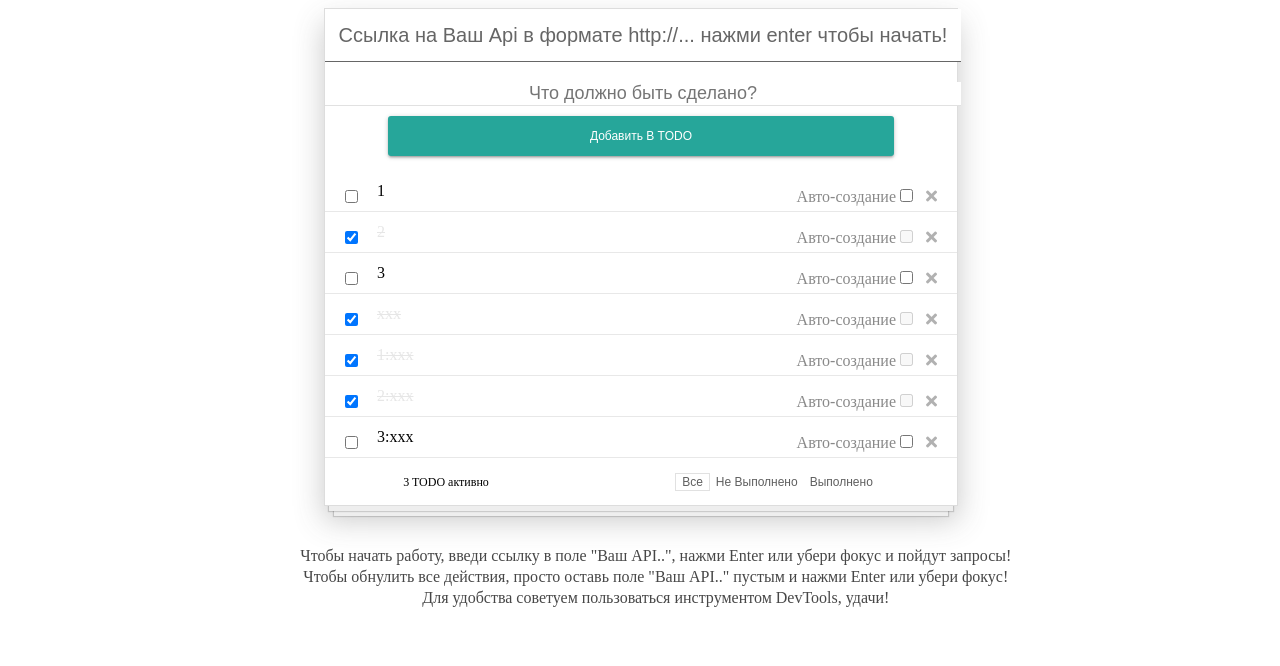
Repository: AntonBrock/taskTodo_for-backend
Page: /
An editor plug-in stored every save of this project. The page is shown before and after the next save, followed by the edit.
The browser window is 1280 px wide. The pictures show the whole page.
Some web libraries are served in a nearby version. The project was rebuilt for these pictures with package versions that can differ from the ones it lists, and the page was loaded fresh each time.

Above is the page before, as saved 2019-04-30 11:26:31.

### public/index.html
<!DOCTYPE html>
<html lang="en">
  <head>
    <meta charset="utf-8">
    <meta http-equiv="X-UA-Compatible" content="IE=edge">
    <meta name="viewport" content="width=device-width,initial-scale=1.0">
    <link rel="stylesheet" href="https://use.fontawesome.com/releases/v5.8.1/css/all.css" integrity="sha384-50oBUHEmvpQ+1lW4y57PTFmhCaXp0ML5d60M1M7uH2+nqUivzIebhndOJK28anvf" crossorigin="anonymous">
    <link rel="icon" href="<%= BASE_URL %>favicon.ico">
    <title>todolist-vue</title>
  </head>
  <body>
    <noscript>
      <strong>We're sorry but todolist-vue doesn't work properly without JavaScript enabled. Please enable it to continue.</strong>
    </noscript>
    <div id="app"></div>
    <!-- built files will be auto injected -->
  </body>
</html>

### src/main.js
import Vue from 'vue'
import store from './store/index'
import Vuex from 'vuex'
import App from './App.vue'

Vue.config.productionTip = false

Vue.use(Vuex)

new Vue({
  store,
  render: h => h(App),
}).$mount('#app')

### src/store/index.js
import Vue from 'vue'
import Vuex from 'vuex'
import urlForm from '../views/todolist/_store'

Vue.use(Vuex)

export default new Vuex.Store({
    modules: {
        urlForm
    }
})

### src/App.vue
<template lang="pug">
  #app
    Todolist
    .helpContainer
      p.helpText Чтобы начать работу, введи ссылку в поле "Ваш API..", нажми Enter или убери фокус и пойдут запросы! <br> Чтобы обнулить все действия, просто оставь поле "Ваш API.." пустым и нажми Enter или убери фокус! <br> Для удобства советуем пользоваться инструментом DevTools, удачи!
</template>

<script>
import Todolist from './views/todolist/Index.vue'

export default {
  name: 'app',
  components: {
    Todolist
  }
}
</script>

<style lang="stylus">
  .helpContainer
    margin-top 40px
    text-align center
    margin-left 22%
  .helpText
    width 75%
    color: #474747
    font-size 16px
    line-height 1.3
</style>

### src/views/todolist/_store/index.js
import state from "./state";
import * as getters from "./getters";
import * as mutations from "./mutations";
import * as actions from "./actions";

export default {
  namespaced: true,
  state,
  getters,
  mutations,
  actions
};

### src/views/todolist/Index.vue
<template lang="pug">
  .main-container(v-cloak)
    ApiForm
    div
      input.todo-input(type='text', placeholder='Что должно быть сделано?', v-model='firstTodo' @keyup.enter='newTodo')
      button.btn(v-on:click='addNewTodo') Добавить В TODO

      Todo(v-for='(todo, index) in todosFiltered', :key='todo.id', :todo="todo" :index='index')
      .extra-container
        .extra-container_numInList {{ remaining }} TODO активно
        div
          button(v-bind:class="{ active: filter == 'all' }", v-on:click=" filter = 'all'") Все
          button(v-bind:class="{ active: filter == 'active' }", v-on:click=" filter = 'active'") Не Выполнено
          button(v-bind:class="{ active: filter == 'completed' }", v-on:click=" filter = 'completed'") Выполнено
          //- button(@click='filterTodoList') Очистить завершенные
</template>

<script>
import ApiForm from "./_components/ApiForm.vue"
import Todo from "./_components/Todo.vue"
import { mapActions, mapGetters } from "vuex"
import todoApi from "./_api/todoApi.js"

export default {
  data () {
    return {
      id: 8,
      firstTodo: '',
      filter: 'all',
      error: false,
      a: ''
    }
  },
  created() {
    this.a = JSON.parse(localStorage.getItem('todos'))
    if('todos' in localStorage) {
      this.updateTodoList(this.a)
    }
  },
  mounted(){
    this.id = this.getTodos.length+1
    // Отправка при включении TODO + сразу отправка всех активных TODO
  if (this.getUrl.length > 3) {
    todoApi.getTodos('all')
      .then(response => {
        this.todos = response.data
        console.log(response);
      })
    . catch(error => {
        console.log(error);
        console.warn('Ошибка запроса при отправке всех TODO, скорее всего сервер не ответил!')
      })
    }
  },
  computed: {
    ...mapGetters({
      getTodos: 'urlForm/getTodos',
      getUrl: 'urlForm/getUrl'
    }),
    remaining() {
      return this.getTodos.filter(todo => !todo.completed).length
    },
    updateId() {
      this.id = this.getTodos.length += 1
    },
    todosFiltered() {
      if (this.filter == 'all') {
        // Отправка при выборе фильтра "Все" (Активные)
      if (this.getUrl.length > 3 ) {
          todoApi.getTodos('all')
          .then(done => {
            console.log(done)
            console.log(this.getTodos);
          })
          .catch( error => {
            console.log(error)
            console.warn('Ошибка запроса, при выборе "Все", скорее всего сервер не ответил!')
            console.log(this.getTodos);
          })
      }
        // console.log(this.getTodos);
        return this.getTodos

      } else if (this.filter == 'active') {
        return this.getTodos.filter(todo => !todo.completed)
      } else if (this.filter == 'completed') {

      if (this.getUrl.length > 3) {
          todoApi.getTodos('completed')
          .then(done => {
            console.log(done)
          })
          .catch( error => {
            console.log(error)
            console.warn('Ошибка запроса, при выборе "Выполненые", скорее всего сервер не ответил!')
          })
      }

        console.log(this.getTodos);
          return this.getTodos.filter(todo => todo.completed)
      }
    }
  },
  methods: {
    ...mapActions({
      // filterTodoList: 'urlForm/filterTodoList',
      updateTodoList: "urlForm/updateTodoList",
      pushTodoList: "urlForm/pushTodoList"
    }),
    addNewTodo() {
      let data = {
        id: this.id++,
        title: this.firstTodo,
        completed: false,
        autocreate: false,
        editing: false
      }

      if(this.firstTodo.trim().length == 0) {
        return
      }
      // отправка при добавлении нового TODO
      if (this.getUrl.length > 3) {
        todoApi.postTodo(data.title, data.completed, data.autocreate)
        .then(() => {
          console.log('ok');
          localStorage.setItem('todos', JSON.stringify(this.getTodos))
        })
        .catch(error => {
          console.warn('Ошибка запроса при добавлении нового TODO, скорее всего сервер не ответил!')
          localStorage.setItem('todos', JSON.stringify(this.getTodos)) //нужно ли добавлять в lS что-то если работает с APi?
        })
      }
      // this.getTodos.push(data)
      this.pushTodoList(data)
      localStorage.setItem('todos', JSON.stringify(this.getTodos))
      this.firstTodo = ''
    },
    // добавление по enter
    newTodo() {
      let data = {
        id: this.id++,
        title: this.firstTodo,
        completed: false,
        autocreate: false,
        editing: false
      }
      if(this.firstTodo.trim().length == 0) {
        return
      }
      // отправка при добавлении нового TODO
      if (this.getUrl.length > 3) {
        todoApi.postTodo(data)
        .then(() => {
          console.log('ok');
          // this.getTodos.push(data)
          localStorage.setItem('todos', JSON.stringify(this.getTodos))
        })
        .catch(error => {
          console.warn('Ошибка запроса при добавлении нового TODO, скорее всего сервер не ответил!')
          localStorage.setItem('todos', JSON.stringify(this.getTodos))
        })
      }

      localStorage.setItem('todos', JSON.stringify(this.getTodos))
      this.getTodos.push(data) // добавили в todo ( но запросы не должны идти)
      this.firstTodo = ''
      this.idForTodo++
    },
  },
  components: {
    ApiForm,
    Todo
  }
}

</script>

<style lang="stylus">
  [v-cloak]
    display none

  .main-container
    border 1px solid #DDDDDD
    width 50%
    margin-left 25%
    box-shadow 0 10px 0 -5px #eee,
               0 10px 1px -4px rgba(0,0,0,0.15),
               0 20px 0 -10px rgb(238, 238, 238),
               0 20px 1px -9px rgba(0,0,0,0.15),
               0 14px 28px rgba(75, 75, 75, 0.30)

  .extra-container
    display flex
    align-items center
    justify-content space-around
    font-size 12px
    padding-top 5px
    margin-bottom 14px

  .extra-container_numInList
    margin-right 30px
    font-size 12px

  button
    font-size 12px
    background-color white
    appearance none
    border none
    outline none
    color rgb(95, 95, 95)
    &:hover
      background rgba(211, 211, 211, 0.363)
    &:focus
      outline none

  .active
    background #fff
    border 1px solid #E1E1E1

  .remove-item
    margin-right 20px

  .remove
    margin-left: 10px
    opacity .3
    transition all 0.2s ease-in-out !important
    &:hover
      opacity .9
      color#E11010
      transition all 0.2s ease-in-out !important

  .auto_created
    font-size 1rem
    color rgba(102, 102, 102, 0.767)

  .btn
    border-radius 3px
    margin-bottom 25px
    width 80%
    margin-left 10%
    height 40px
    color #fff
    background-color #26a69a
    text-align center
    letter-spacing .5px
      -webkit-transition background-color .2s ease-out
    transition background-color .2s ease-out
    cursor pointer
    box-shadow 0 2px 2px 0 rgba(0,0,0,.14),
               0 3px 1px -2px rgba(0,0,0,.12),
               0 1px 5px 0 rgba(0,0,0,.2)
    &:hover
      background-color #46b6abe3!important
</style>

### src/views/todolist/_store/state.js
export default {
    url: '',
    todos: [
      {
        'id': 1,
        'title': 1,
        'completed': false,
        'autocreate': false,
      },
      {
        'id': 2,
        'title': 2,
        'completed': true,
        'autocreate': false,
      },
      {
        'id': 3,
        'title': 3,
        'completed': false,
        'autocreate': false,
      },
      {
        'id': 4,
        'title': 'xxx',
        'completed': true,
        'autocreate': false,
      },
      {
        'id': 5,
        'title': '1:xxx',
        'completed': true,
        'autocreate': false,
      },
      {
        'id': 6,
        'title': '2:xxx',
        'completed': true,
        'autocreate': false,
      },
      {
        'id': 7,
        'title': '3:xxx',
        'completed': false,
        'autocreate': false,
      },
    ],
    todosStatic: [
    {
      'id': 1,
      'title': 1,
      'completed': false,
      'autocreate': false,
    },
    {
      'id': 2,
      'title': 2,
      'completed': true,
      'autocreate': false,
    },
    {
      'id': 3,
      'title': 3,
      'completed': false,
      'autocreate': false,
    },
    {
      'id': 4,
      'title': 'xxx',
      'completed': true,
      'autocreate': false,
    },
    {
      'id': 5,
      'title': '1:xxx',
      'completed': true,
      'autocreate': false,
    },
    {
      'id': 6,
      'title': '2:xxx',
      'completed': true,
      'autocreate': false,
    },
    {
      'id': 7,
      'title': '3:xxx',
      'completed': false,
      'autocreate': false,
    },
  ]
}

### src/views/todolist/_store/getters.js
export const getUrl= state => state.url;
export const getTodos = state => state.todos;
export const getStaticTodos = state => state.todosStatic;

### src/views/todolist/_store/mutations.js
export const UPDATE_URL = state => state.url;
export const UPDATE_TODOS = state => state.todos;
export const CHANGE_TODOS = state => state.todos;

### src/views/todolist/_store/actions.js
export function updateUrl ({ commit, state }, payload) {
    state.url = payload
    commit("UPDATE_URL");
}

export function updateTodo ({ commit }, payload) {
    payload.completed = !payload.completed
    commit("UPDATE_TODOS");
}

export function updateTodoList ({ commit, state }, payload) {
    state.todos = payload
    localStorage.setItem('todos', JSON.stringify(state.todos))
    commit("UPDATE_TODOS");
}

export function pushTodoList ({ commit, state }, payload) {
    state.todos.push(payload)
    localStorage.setItem('todos', JSON.stringify(state.todos))
    commit("UPDATE_TODOS");
}

export function filterTodoList ({ commit, state }) {
    state.todos = state.todos.filter(todo => !todo.completed)
    localStorage.setItem('todos', JSON.stringify(state.todos))
    commit("UPDATE_TODOS");
}

### src/views/todolist/_components/ApiForm.vue
<template lang="pug">
  .form(v-cloak='')
    input.inputForUrl(v-model='url',
                      type='text',
                      @blur='updateTodos(url)',
                      @keyup.enter='updateTodos_enter(url)'
                      placeholder="Ссылка на Ваш Api в формате http://... нажми enter чтобы начать!"
                      :url = "url")
</template>

<script>
import { mapActions, mapGetters } from "vuex";
import todoApi from "../_api/todoApi.js";
import { setTimeout, setInterval, clearInterval } from 'timers';

export default {
  data() {
    return {
      url: "",
      filter: 'all',
      a: '',
      setTime:''
    }
  },

  //осталась одна логика. Если при перезагрузки в API пусто, то нужно вернут статику - а не пустой todo,
  // но если в дэмо режиме, то обновление должно выдавать список наш
  created(){
  this.a = JSON.parse(localStorage.getItem('todos'))

  },
  computed: {
    ...mapGetters({
      getUrl: "urlForm/getUrl",
      getTodos: 'urlForm/getTodos',
      getStaticTodos: 'urlForm/getStaticTodos'
    })
  },
  methods: {
    ...mapActions({
      updateUrl: "urlForm/updateUrl",
      updateTodoList: "urlForm/updateTodoList"
    }),
    updateTodos(url) {
    //получение всех todo при обновлении url ссылки
    this.updateUrl(url)
    if(this.url.length > 3 ){
        this.updateTodoList([])
        this.updateTodos_enter(url)
        // todoApi.getTodos(this.filter)
        // .then(response => {
        //   this.updateTodoList(response.data)
        //   console.log(response);
        // })
        // .catch(error => {
        //   console.log(error)
        //   console.warn('Ошибка запроса при отправки всех TODO, скорее всего сервер не ответил')
        // });
    // console.warn('Был установлен ваш Url')
    }

    if(this.url.length <= 3 ) {
        this.updateTodoList(this.getStaticTodos)
        this.id = 8
        clearInterval(this.setTime)
        console.warn('Сcылка должна быть от 4х символов и нажмите enter, чтобы начать!')
    }
  },
    updateTodos_enter(url) {
    //получение всех todo при обновлении url ссылки(по enter)
    this.updateUrl(url)
    if(this.url.length > 3 ){

      this.updateTodoList([])
      this.setTime = setInterval(() => {
        todoApi.getTodos(this.filter)
        .then(response => {
          this.updateTodoList(response.data)
          console.log(response);
        })
        .catch(error => {
          console.log(error)
          console.warn('Ошибка запроса при отправки всех TODO, скорее всего сервер не ответил')
        })
      }, 5000)
    console.warn('Был установлен ваш Url')
    }

    if(this.url.length <= 3 ) {
        this.updateTodoList(this.getStaticTodos)
        this.id = 8
        clearInterval(this.setTime)
        console.warn('Сcылка должна быть от 4х символов и нажмите enter, чтобы начать!')
    }
  }
  }
};

</script>

<style lang="stylus">
.inputForUrl
  border-bottom 1px solid #666!important
  margin-bottom 20px
  text-align center
  border none
  width 100%
  height 50px
  font-size 20px
  &::placeholder
    color #666
    font-size 20px
    opacity 1
    transition: 0.2s ease-in-out !important;
		will-change: transform, opacity;

  &:focus::placeholder{
    opacity 0
    transition: 0.2s ease-in-out !important;
		will-change: transform, opacity;
  }
</style>

### src/views/todolist/_components/Todo.vue
<template lang="pug">
  .todo-item
    .todo-item-left
      input.todoInput(type='checkbox',  @click='completeTodo(todo)', :checked='todo.completed')
      div.todo-item-label(v-if='!todo.editing',  v-on:dblclick="changeTodo(todo)" v-bind:class='{ completed : todo.completed }') {{ todo.title }}
      input.todo-item-edit(v-else type="text" v-model="todo.title" @blur="doneEdit(todo)" @keyup.enter="doneEdit(todo)" @keyup.esc="cancelEdit(todo)")
    .remove-item
      label.auto_created Авто-создание
      input(type='checkbox', :disabled="todo.completed", :checked="todo.autocreate" @click='checkIt(todo)')
      i.fas.fa-times.remove(@click='removeItem(index)')
</template>

<script>
import todoApi from "../_api/todoApi.js";
import { mapActions, mapGetters } from "vuex";
import { setInterval, clearInterval } from "timers";

export default {
  data() {
    return {
      beforeEditCache: ''
    };
  },
  props: ["todo", "index", "url"],
  created() {
    localStorage.setItem("todos", JSON.stringify(this.getTodos));
  },
  computed: {
    ...mapGetters({
      getTodos: "urlForm/getTodos",
      getUrl: "urlForm/getUrl"
    })
  },
  methods: {
    ...mapActions({
      updateTodo: "urlForm/updateTodo",
      changeTodo: "urlForm/changeTodo"
    }),
    completeTodo(todo) {
      // Отправка при выборе фильтра "Выполнено"
      if (this.getUrl.length > 3) {
        todoApi
          .editTodo(todo.id)
          .then(() => {
            console.info("Удачно");
          })
          .catch(() => {
            console.warn("Ошибка запроса при зачеркивание TODO, скорее всего сервер не ответил!");
          });
      }

      this.updateTodo(todo);
      localStorage.setItem("todos", JSON.stringify(this.getTodos));
    },
    checkIt(todo) {
      todo.autocreate = !todo.autocreate;

      if (this.getUrl.length > 3) {
        todoApi
          .editTodo(this.todo.id)
          .then(() => {
            console.info("Удачно");
          })
          .catch(() => {
            console.log(this.getTodos);
            console.warn("Ошибка запроса при выборе 'Авто-создание', скорее всего сервер не ответил");
          });
      }
      localStorage.setItem("todos", JSON.stringify(this.getTodos));
    },
    removeItem(index) {
      // отправка удаленного id - todo
      if (this.getUrl.length > 3) {
        todoApi
          .deleteTodo(index)
          .then(() => {
            console.info("Удачно");
          })
          .catch(error => {
            console.warn(error);
            console.warn('Ошибка запроса при удалении TODO, скорее всего сервер не ответил!')
          });
      }
      this.getTodos.splice(index, 1);
      localStorage.setItem("todos", JSON.stringify(this.getTodos));
    },

    // тут редактирование TODO + сохранение в TODO
    changeTodo(todo){
      if(this.todo.completed){
        return
      }

      this.beforeEditCache = todo.title
      todo.editing = true;
      localStorage.setItem("todos", JSON.stringify(this.getTodos));

    },
    doneEdit(todo) {
      if(todo.title.trim() == '') {
        todo.title = this.beforeEditCache
       this.changeTodo(todo);
      }
      todo.editing = false;
      localStorage.setItem("todos", JSON.stringify(this.getTodos));

      if (this.getUrl.length > 3) {
        //тут запрос, на сколько верен не знаю. Он взят с авто-создания, сомнения, что отправляет autocreate, хотя такой же patch
      todoApi
        .editTodo(this.todo.id)
        .then(() => {
          console.info("Удачно");
        })
        .catch(() => {
          console.log(this.getTodos);
          console.warn("Ошибка запроса при изменении 'Названия TODO' , скорее всего сервер не ответил");
        });
      }
    },
    cancelEdit(todo) {
      todo.title = this.beforeEditCache
      todo.editing = false;
      this.changeTodo(todo);
    },
  }
};
</script>

<style lang="stylus">
.todo-input {
  width: 100%;
  border: none;
  margin-bottom: 10px;
  border-bottom: 1px solid rgba(102, 102, 102, 0.192);
  font-size: 18px;
  transition: 0.2s ease-in-out !important;
  text-align: center;
  outline: none;

  &:placeholder {
    color: rgba(145, 145, 145, 0.795);
    opacity: 1;
    transition: 0.2s ease-in-out !important;
  }

  will-change: transform, opacity;

  &:focus::placeholder {
    opacity: 0;
    transition: 0.2s ease-in-out !important;
  }

  will-change: transform, opacity;

  &:focus-webkit-input-placeholder {
    opacity: 0;
    transition: 0.2s ease-in-out !important;
    will-change: transform, opacity;
  }

  &:-webkit-input-placeholder {
    transition: 0.2s ease-in-out !important;
    will-change: transform, opacity;
  }

  &:-moz-placeholder {
    transition: all 0.2s ease-in-out !important;
    will-change: opacity;
    /* Firefox 19+ */
  }

  &:-moz-placeholder {
    transition: all 0.2s ease-in-out !important;
    will-change: transform, opacity;
    /* Firefox 18- */
  }

  &:-ms-input-placeholder {
    transition: all 0.2s ease-in-out !important;
    will-change: transform, opacity;
  }
}

.todo-item {
  width: 100%;
  margin-bottom: 10px;
  display: flex;
  justify-content: space-between;
  align-items: center;
  border-bottom: 1px solid rgba(226, 226, 226, 0.767);
}

.todoInput {
  margin-left: 20px;
}

.todo-item-label {
  margin-bottom: 10px;
}

.todo-item-left {
  display: flex;
  align-items: center;
}

.todo-item-label {
  padding: 0px;
  border: 1px solid white;
  margin-left: 15px;
}

.todo-item-edit {
  width: 50%;
  border: 1px solid rgba(102, 102, 102, 0.192);
  font-size: 18px;
  padding: 10px 18px;
  margin-bottom: 20px;
  transition: 0.2s ease-in-out !important;

  &:focus {
    outline: none;
  }

  &:focus-webkit-input-placeholder {
    opacity: 0;
    transition: 0.2s ease-in-out !important;
    will-change: transform, opacity;
  }

  &:-webkit-input-placeholder {
    transition: 0.2s ease-in-out !important;
    will-change: transform, opacity;
  }

  &:-moz-placeholder {
    transition: all 0.2s ease-in-out !important;
    will-change: transform, opacity;
    /* Firefox 19+ */
  }

  &:-moz-placeholder {
    transition: all 0.2s ease-in-out !important;
    will-change: transform, opacity;
    /* Firefox 18- */
  }

  &:-ms-input-placeholder {
    transition: all 0.2s ease-in-out !important;
    will-change: transform, opacity;
  }
}

.completed {
  text-decoration: line-through;
  color: #E1E1E1;
  opacity: 0.8;
}
</style>

### src/views/todolist/_api/todoApi.js
// import Api from '@/api/Api'
import axios from 'axios'
import state from '../_store/state'

const todoApi = {
  getTodos (filter) {
    return axios.get(`${state.url}/todos`, {
      // возвращает отфильтрованный или неотфильтрованный список
      type: filter
    })
  },
  postTodo (title, completed, autocreate, editing) {
    return axios.post(`${state.url}/todos`, {
      title: title,
      completed: completed,
      autocreate: autocreate,
      editing: editing
    })
  },
  editTodo (id) {
    return axios.patch(`${state.url}/todos/${id}`)
  },
  deleteTodo (id) {
    return axios.delete(`${state.url}/todos/${id}`)
  }
}
export default todoApi

After the next save:
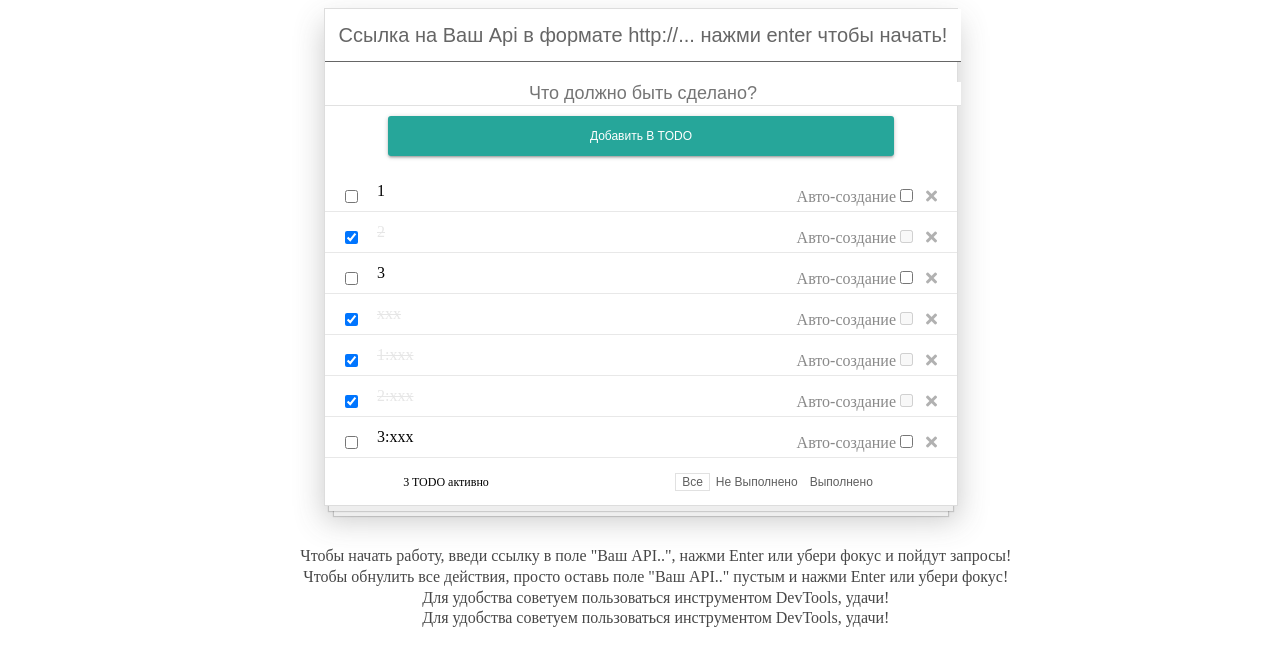
Saved 3 min 26 s later.
--- a/src/App.vue
+++ b/src/App.vue
@@ -2,7 +2,7 @@
   #app
     Todolist
     .helpContainer
-      p.helpText Чтобы начать работу, введи ссылку в поле "Ваш API..", нажми Enter или убери фокус и пойдут запросы! <br> Чтобы обнулить все действия, просто оставь поле "Ваш API.." пустым и нажми Enter или убери фокус! <br> Для удобства советуем пользоваться инструментом DevTools, удачи!
+      p.helpText Чтобы начать работу, введи ссылку в поле "Ваш API..", нажми Enter или убери фокус и пойдут запросы! <br> Чтобы обнулить все действия, просто оставь поле "Ваш API.." пустым и нажми Enter или убери фокус! <br> Для удобства советуем пользоваться инструментом DevTools, удачи! <br> Для удобства советуем пользоваться инструментом DevTools, удачи!
 </template>
 
 <script>
